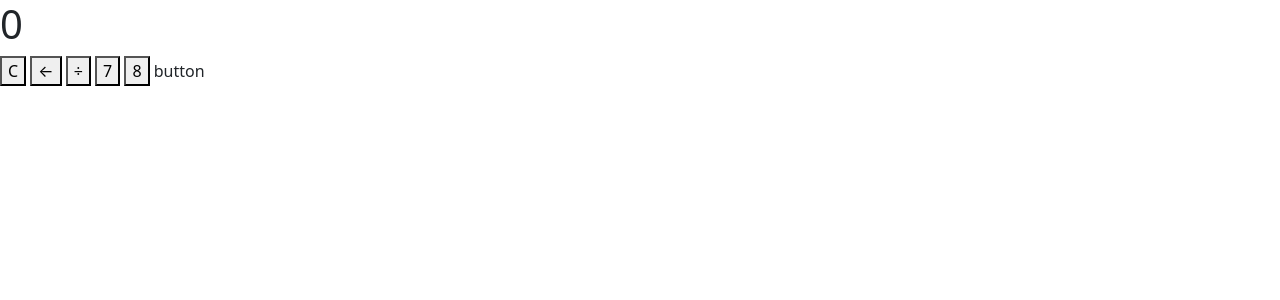
Repository: jgramirez0210/LAB-calculator
Page: index.html
An editor plug-in stored every save of this project. The page is shown before and after the next save, followed by the edit.
The browser window is 1280 px wide. The pictures show the whole page.

Above is the page before, as saved 2023-10-10 20:02:45.

After the next save:
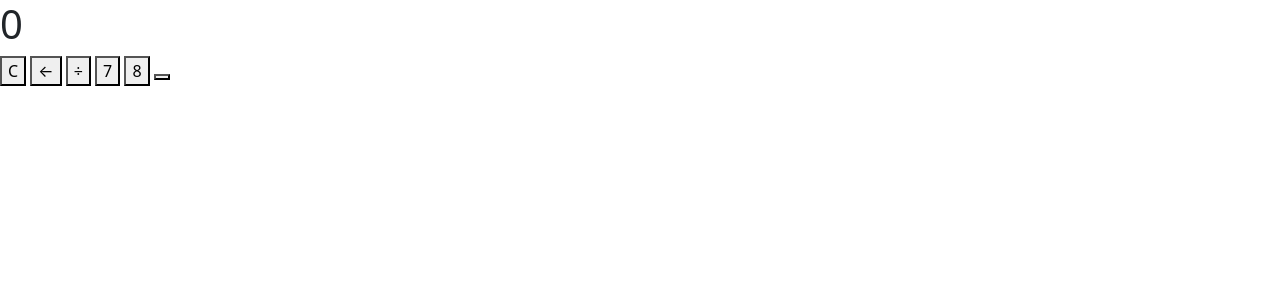
Saved 5 s later.
--- a/index.html
+++ b/index.html
@@ -15,7 +15,7 @@
   <button id="divide-btn">÷</button>
   <button id="7">7</button>
   <button id="8">8</button>
-  button
+  <button></button>
   <script src="https://cdn.jsdelivr.net/npm/bootstrap@5.3.2/dist/js/bootstrap.bundle.min.js" integrity="sha384-C6RzsynM9kWDrMNeT87bh95OGNyZPhcTNXj1NW7RuBCsyN/o0jlpcV8Qyq46cDfL" crossorigin="anonymous"></script>
   <script src="main.js"></script>
 </body>
